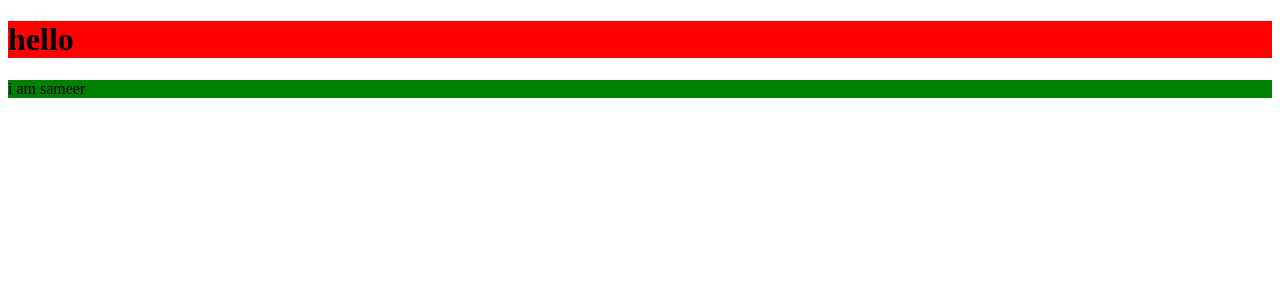
Repository: raheebiradar/webdev-chort-git-masterclass
Page: 8-2-2025/one.html
These files come from the project's save history. The page is drawn as it stood at one moment and after the next save; the edit follows.
The browser window is 1280 px wide. The pictures show the whole page.

Above is the page before, as saved 2025-02-08 21:39:26.

### 8-2-2025/one.html
<!DOCTYPE html>
<html lang="en">
  <head>
    <meta charset="UTF-8" />
    <meta name="viewport" content="width=device-width, initial-scale=1.0" />
    <title>Document</title>
    <link rel="stylesheet" href="one.css" />
  </head>
  <body>
    <h1>hello</h1>
    <p>i am sameer</p>
  </body>
</html>

### 8-2-2025/One.css
h1{
    background-color: red;
}

p{
    background-color: green;
}

After the next save:
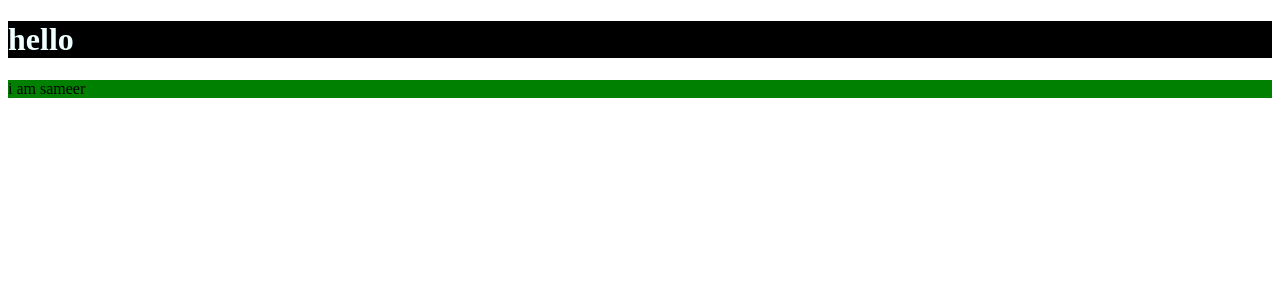
Saved 28 s later.
--- a/8-2-2025/One.css
+++ b/8-2-2025/One.css
@@ -1,5 +1,6 @@
 h1{
-    background-color: red;
+    background-color: rgb(0, 0, 0);
+    color: azure;
 }
 
 p{
